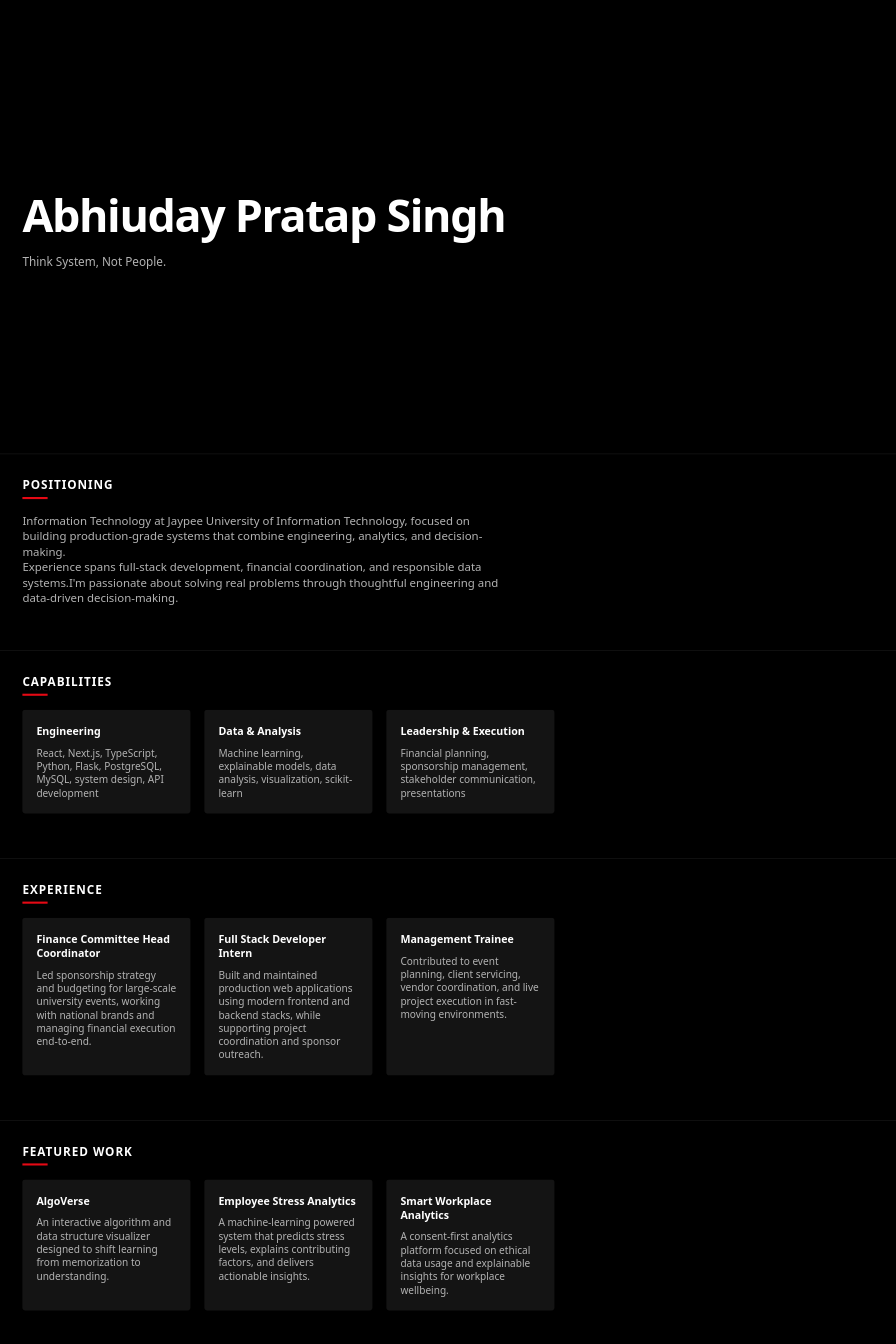
Repository: PratapOP/main-portfolio
Page: / (app in frontend/)
The author's editor kept a copy of each file at every save. The page is drawn from the files as they stood at one save, then again after the next save.
The browser window is 1280 px wide. The pictures show the part of the page from y = 0 to 1920 px (the page is 2800 px tall), at 70% of full size.
The project was rebuilt for these pictures with package versions that can differ from the ones it lists, and the page was loaded fresh each time. Also part of the build but not shown: frontend/vite.config.js.

Above is the page before, as saved 2026-01-01 18:52:13.

After the next save:
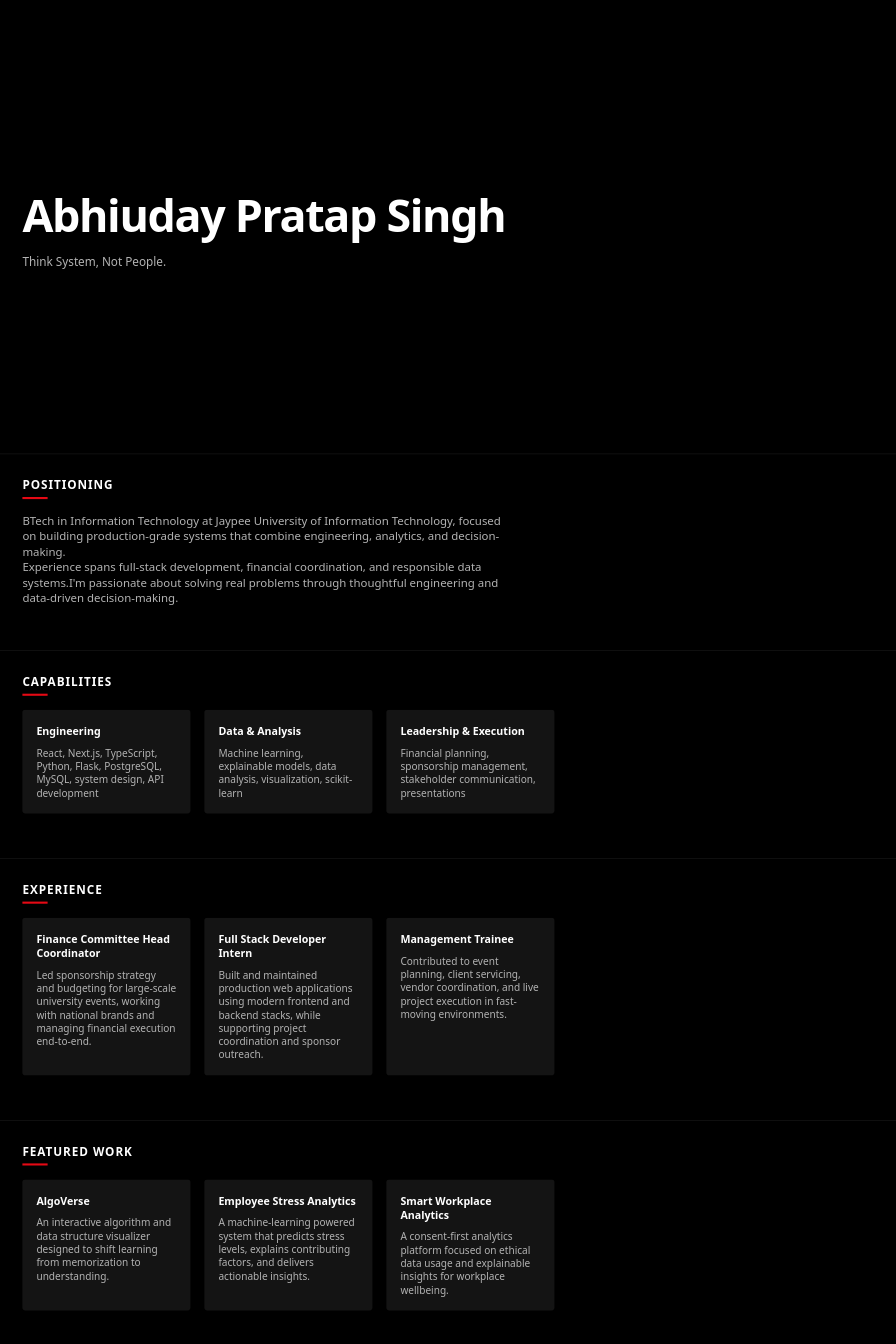
Saved 7 s later.
--- a/frontend/src/sections.jsx
+++ b/frontend/src/sections.jsx
@@ -51,7 +51,7 @@
         <div className="section-inner">
             <h2 className="section-title">Positioning</h2>
             <p className="section-text">
-            Information Technology at Jaypee University
+            BTech in Information Technology at Jaypee University
             of Information Technology, focused on building production-grade
             systems that combine engineering, analytics, and decision-making.
             <br/>
